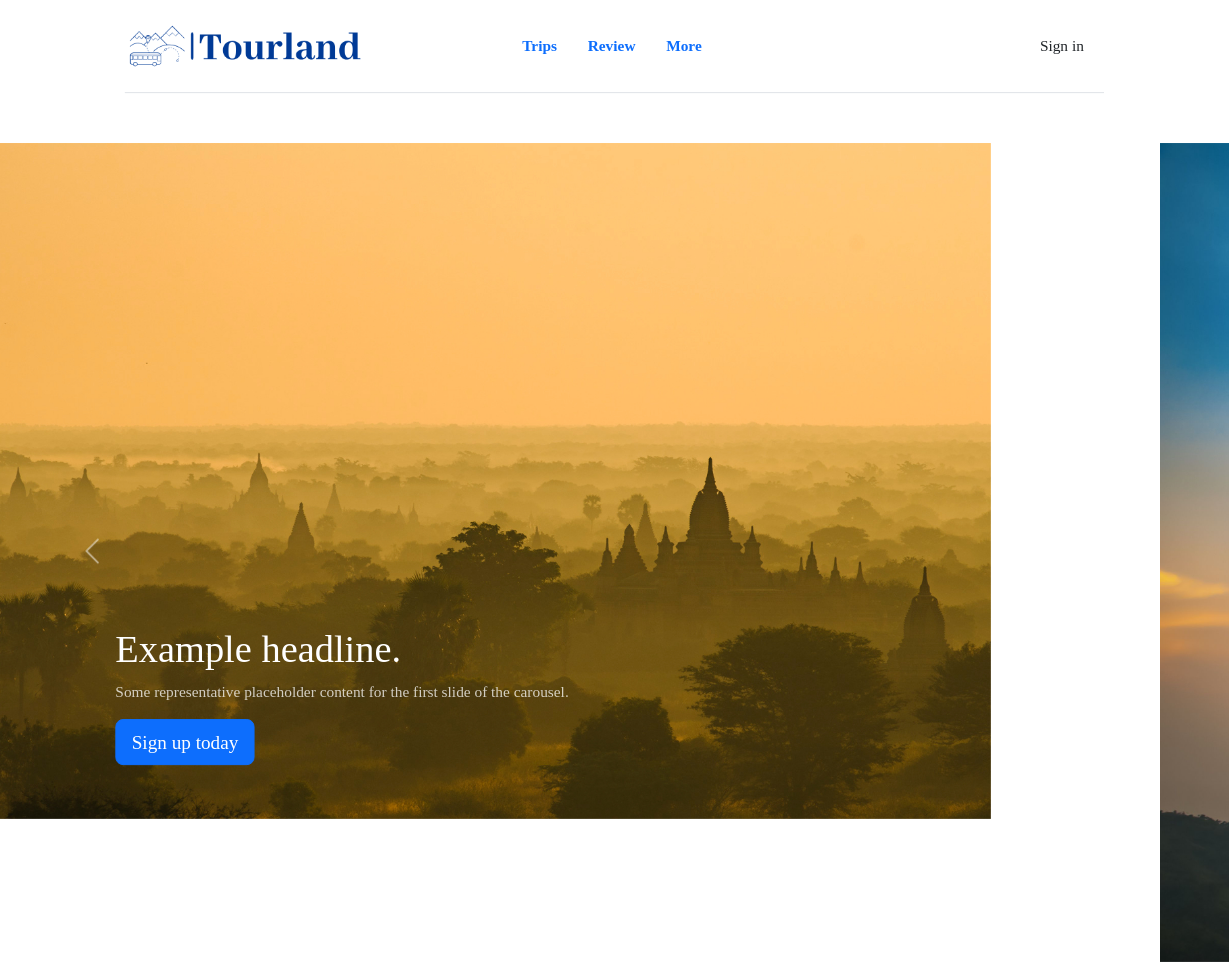
Repository: nyeinsu4520/tourland
Page: http://localhost/index
These files come from the project's save history. The page is drawn as it stood at one moment and after the next save; the edit follows.
The browser window is 1280 px wide. The pictures show the whole page, at 96% of full size.
Some web fonts or font styles are not loaded; a fallback is used. The page is this project's Thymeleaf template; nobody is signed in. The template is opened directly, without the code that normally fills it, so the values that code supplies are empty.

Above is the page before, as saved 2024-05-31 17:10:33.

After the next save:
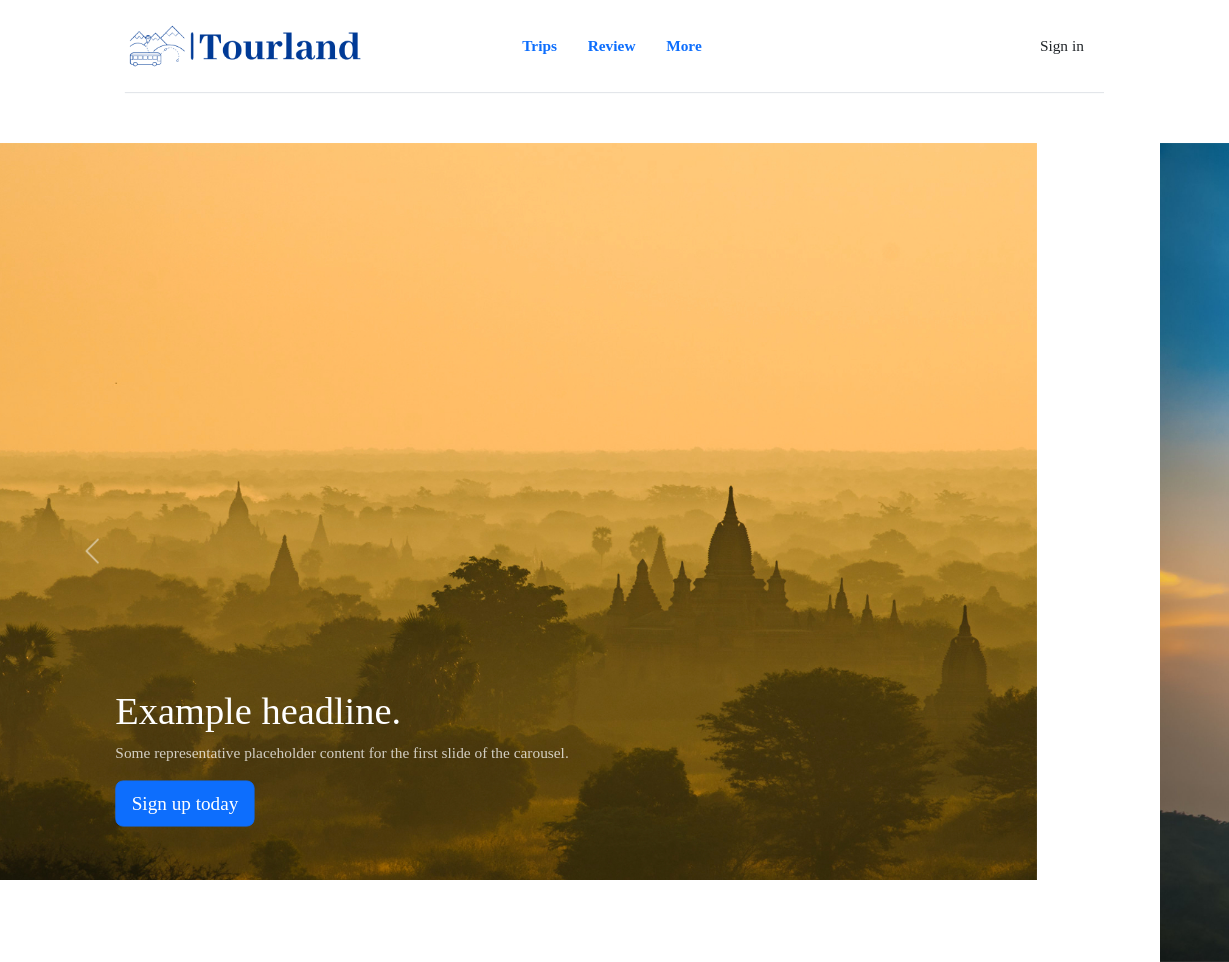
Saved 11 s later.
--- a/Tourland/src/main/resources/templates/index.html
+++ b/Tourland/src/main/resources/templates/index.html
@@ -86,7 +86,7 @@
       </div>
       <div class="carousel-inner">
         <div class="carousel-item active">
-          <img class="px-5" src="./image/img/bagan1.jpg" width="90%" >
+          <img  src="./image/img/bagan1.jpg" width="90%" >
           <div class="container">
             <div class="carousel-caption text-start">
               <h1>Example headline.</h1>

After the 2 saves that followed:
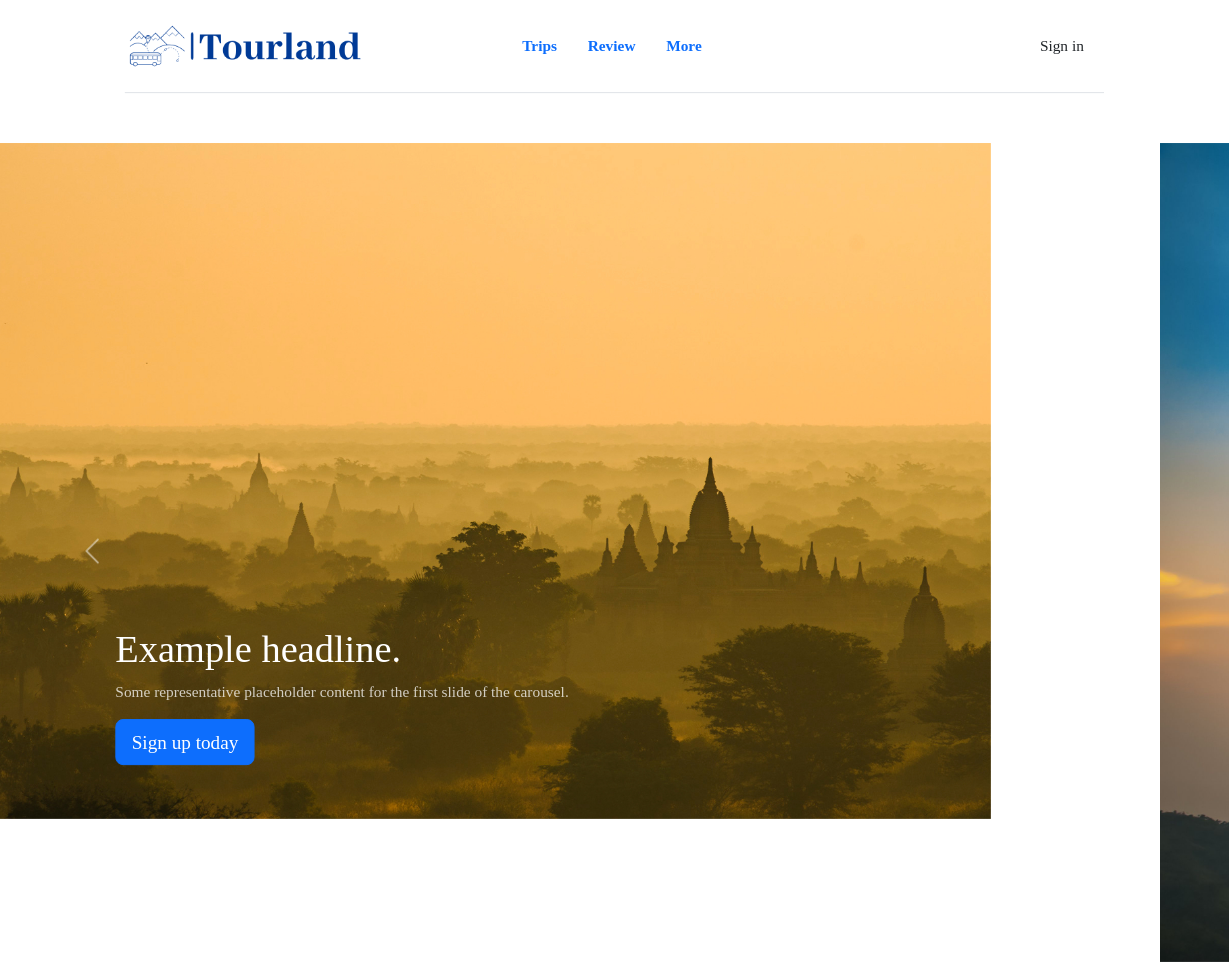
The 2 saves are shown as one change because 1 left the picture as it was.
The last was saved 27 s later.
--- a/Tourland/src/main/resources/templates/index.html
+++ b/Tourland/src/main/resources/templates/index.html
@@ -86,7 +86,7 @@
       </div>
       <div class="carousel-inner">
         <div class="carousel-item active">
-          <img  src="./image/img/bagan1.jpg" width="90%" >
+          <img class="px-5" src="./image/img/bagan1.jpg" width="90%" >
           <div class="container">
             <div class="carousel-caption text-start">
               <h1>Example headline.</h1>
